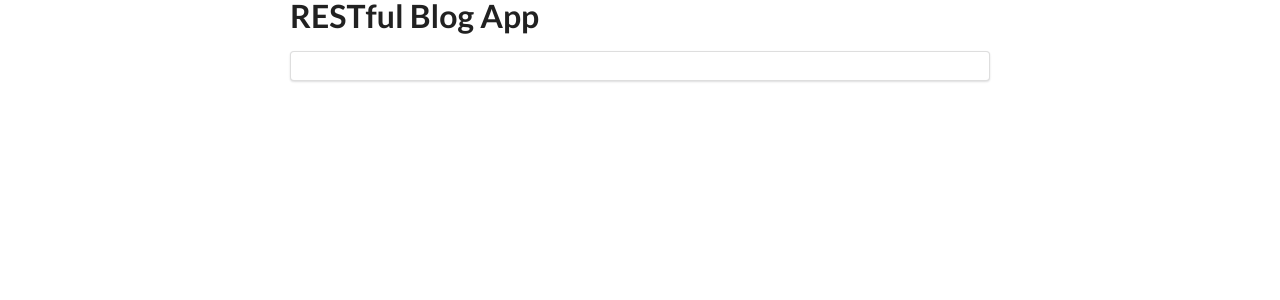
Repository: joeydom97/WebDevCourse
Page: http://localhost/blogs
The author's editor kept a record of every edit. The page is drawn from the files as they stood at one moment, then again after the next edit.
The browser window is 1280 px wide. The pictures show the whole page.
The page is served by the project's Node server (RESTful/RESTfulBlogApp/app.js). Queries for data that is not in the repository find no rows.

Above is the page before.

After the next edit:
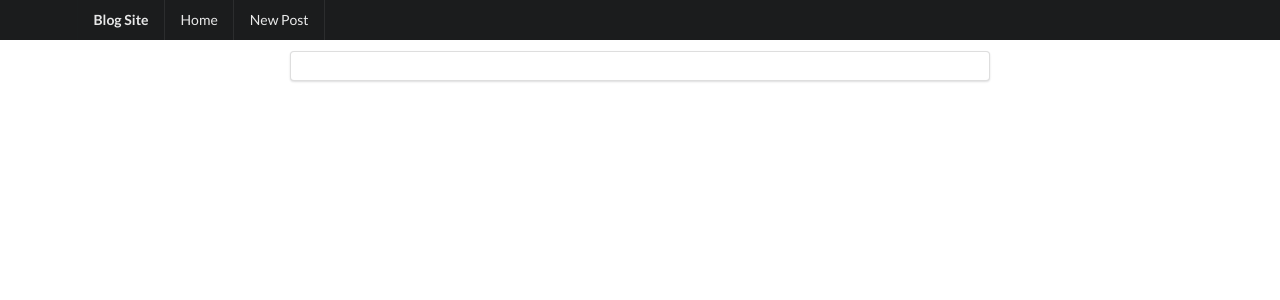
The edit:
--- a/workspace/RESTful/RESTfulBlogApp/views/partials/header.ejs
+++ b/workspace/RESTful/RESTfulBlogApp/views/partials/header.ejs
@@ -6,3 +6,11 @@
 
     </head>
     <body>
+        <div class="ui fixed inverted menu">
+            <div class="ui container">
+                <div class="header item">Blog Site</div>
+                <a href="/" class="item">Home</a>
+                <a href="/blogs/new" class="item">New Post</a>
+            </div>
+
+        </div>
